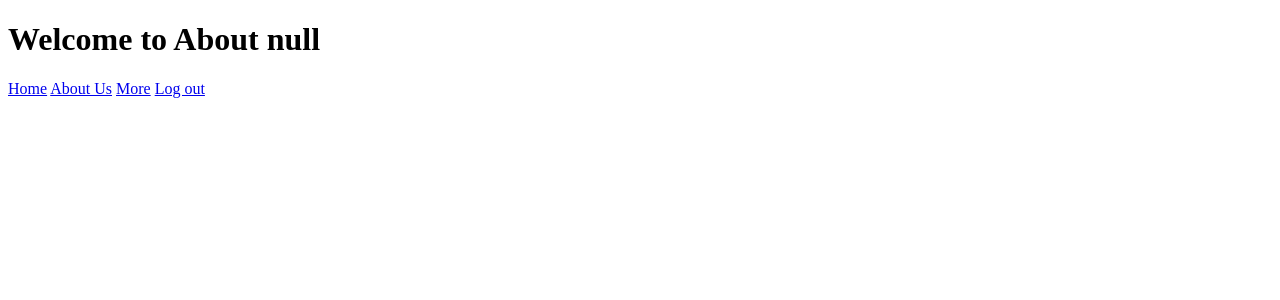
Repository: Senyadt2/Projects-On-Java
Page: http://localhost/HttpSession/about.jsp
The author's editor kept a copy of each file at every save. The page is drawn from the files as they stood at one save, then again after the next save.
The browser window is 1280 px wide. The pictures show the whole page.
The page is served by Tomcat 10.

Above is the page before, as saved 2024-03-24 10:21:36.

After the next save:
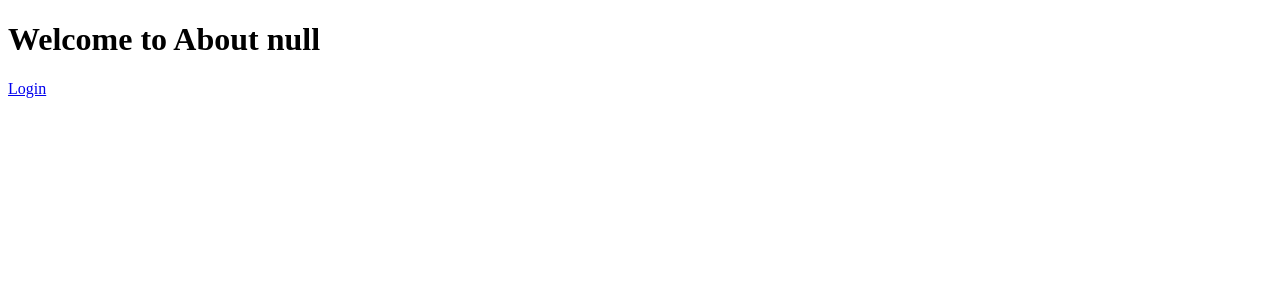
Saved 18 s later.
--- a/HttpSession/src/main/webapp/about.jsp
+++ b/HttpSession/src/main/webapp/about.jsp
@@ -11,10 +11,17 @@
 	<h1>
 		Welcome to About
 		<%=name%></h1>
+<%
+	if(name != null) {
+	%>
 	<a href="home.jsp">Home</a>
 	<a href="about.jsp">About Us</a>
 	<a href="profile.jsp">More</a>
 	<a href="Logout">Log out</a>
+	<% }else {
+	%>
+	<a href="index.jsp">Login</a>
+	<%} %>
 
 
 </body>
